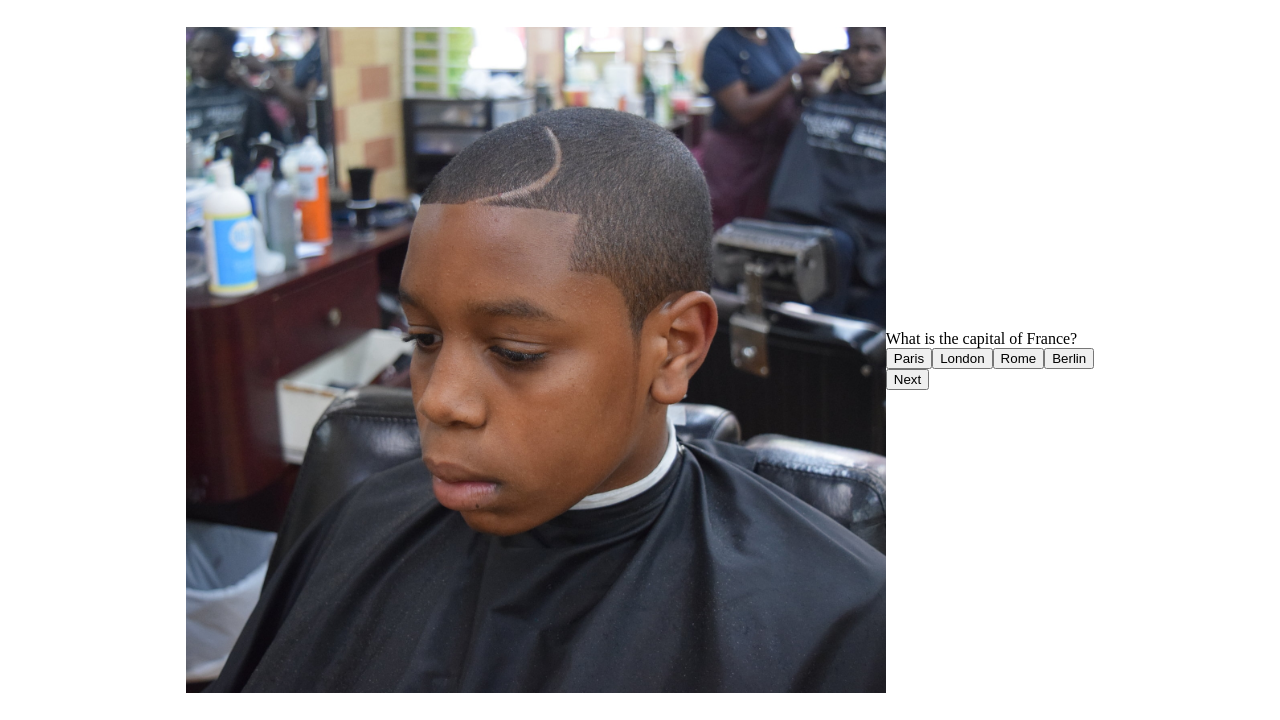
Repository: anderscederberg11/unhandledRuntimeError.json
Page: Henver/henver2.html
An editor plug-in stored every save of this project. The page is shown before and after the next save, followed by the edit.
The browser window is 1280 px wide. The pictures show the whole page.

Above is the page before, as saved 2024-05-24 18:26:07.

### Henver/henver2.html
<!DOCTYPE html>
<html lang="en">
<head>
    <meta charset="UTF-8">
    <meta name="viewport" content="width=device-width, initial-scale=1.0">
    <title>HaircutHenver</title>
    <link rel="stylesheet" href="henver2.css">
</head>
<body>
    <div class="haircutVro">
        <img class="haircutPic" src="/Henver/imgs/haircutbro.jpeg" alt="kid in barber chair">
    </div>
    <div class="quiz-container">
        <div id="question"></div>
        <div id="options"></div>
        <button id="next-btn" onclick="nextQuestion()">Next</button>
        <div id="progress"></div>
        <button id="play-sound-btn" style="display: none;" onclick="playSound()">Play Sound</button>
        <button id="redirect-btn" style="display: none;" onclick="redirect()">Redirect</button>
    </div>

    <script>
        const questions = [
            {
                question: "What is the capital of France?",
                options: ["Paris", "London", "Rome", "Berlin"],
                answer: "Paris"
            },
            {
                question: "Which planet is known as the Red Planet?",
                options: ["Jupiter", "Mars", "Saturn", "Neptune"],
                answer: "Mars"
            },
            {
                question: "What is the powerhouse of the cell?",
                options: ["Mitochondria", "Nucleus", "Ribosome", "Endoplasmic reticulum"],
                answer: "Mitochondria"
            },
            {
                question: "What is the chemical symbol for water?",
                options: ["H2O", "CO2", "O2", "NaCl"],
                answer: "H2O"
            },
            {
                question: "Who wrote 'To Kill a Mockingbird'?",
                options: ["Harper Lee", "Mark Twain", "J.K. Rowling", "Ernest Hemingway"],
                answer: "Harper Lee"
            }
        ];

        let currentQuestion = 0;
        const progress = document.getElementById("progress");
        const questionDiv = document.getElementById("question");
        const optionsDiv = document.getElementById("options");

        function loadQuestion() {
            const q = questions[currentQuestion];
            questionDiv.textContent = q.question;
            optionsDiv.innerHTML = "";
            q.options.forEach((opt) => {
                const btn = document.createElement("button");
                btn.textContent = opt;
                btn.onclick = () => checkAnswer(opt);
                optionsDiv.appendChild(btn);
            });
            updateProgress();
        }

        function checkAnswer(selectedOption) {
            if (selectedOption === questions[currentQuestion].answer) {
                if (currentQuestion === questions.length - 1) {
                    document.getElementById("play-sound-btn").style.display = "inline-block";
                    document.getElementById("redirect-btn").style.display = "inline-block";
                }
                currentQuestion++;
                loadQuestion();
            }
        }

        function nextQuestion() {
            if (currentQuestion < questions.length - 1) {
                currentQuestion++;
                loadQuestion();
            }
        }

        function updateProgress() {
            const percent = ((currentQuestion + 1) / questions.length) * 100;
            progress.style.width = percent + "%";
        }

        function playSound() {
            // Add code to play sound here
            alert("Sound will be played here.");
        }

        function redirect() {
            // Add code to redirect to another page here
            alert("Redirecting to another page...");
        }

        loadQuestion();
    </script>
</body>
</html>

### Henver/henver2.css
body, html {
    height: 100%;
    margin: 0;
    display: flex;
    align-items: center;
    justify-content: center;
}

.haircutVro {
    display: flex;
    align-items: center;
    justify-content: center;
    width: 700px;
    height: 700px;
}

.haircutPic {
    max-width: 100%;
    max-height: 100%;
}

After the next save:
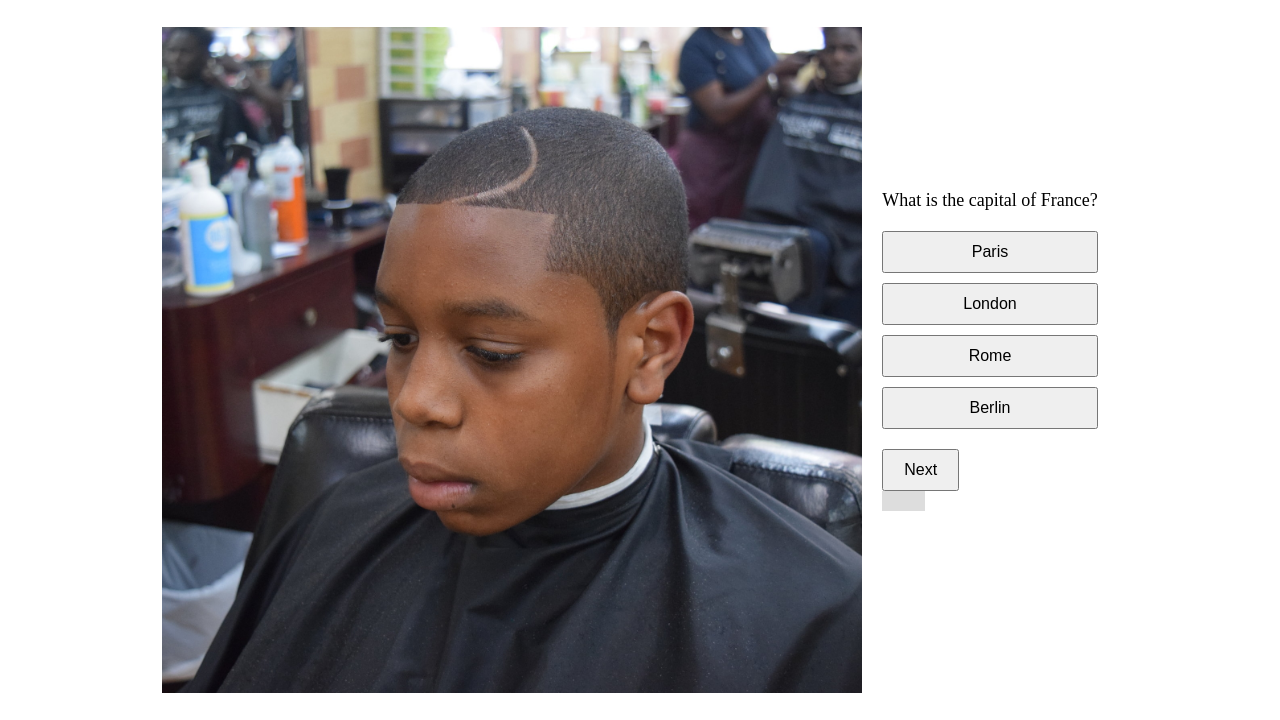
Saved 26 s later.
--- a/Henver/henver2.css
+++ b/Henver/henver2.css
@@ -18,3 +18,65 @@ body, html {
     max-width: 100%;
     max-height: 100%;
 }
+
+.quiz-container {
+    max-width: 600px;
+    margin: 0 auto;
+    padding: 20px;
+}
+
+#question {
+    font-size: 18px;
+    margin-bottom: 20px;
+}
+
+#options button {
+    display: block;
+    width: 100%;
+    padding: 10px;
+    margin-bottom: 10px;
+    font-size: 16px;
+    cursor: pointer;
+}
+
+#next-btn {
+    display: block;
+    margin-top: 20px;
+    padding: 10px 20px;
+    font-size: 16px;
+    cursor: pointer;
+}
+
+#progress {
+    background-color: #ddd;
+    height: 20px;
+    margin-bottom: 20px;
+}
+
+#progress::after {
+    content: "";
+    display: block;
+    background-color: #4CAF50;
+    height: 100%;
+    width: 0;
+}
+
+#play-sound-btn, #redirect-btn {
+    display: none;
+    margin-top: 20px;
+    padding: 10px 20px;
+    font-size: 16px;
+    cursor: pointer;
+}
+
+#play-sound-btn {
+    background-color: #4CAF50;
+    color: white;
+    border: none;
+}
+
+#redirect-btn {
+    background-color: #f44336;
+    color: white;
+    border: none;
+}
